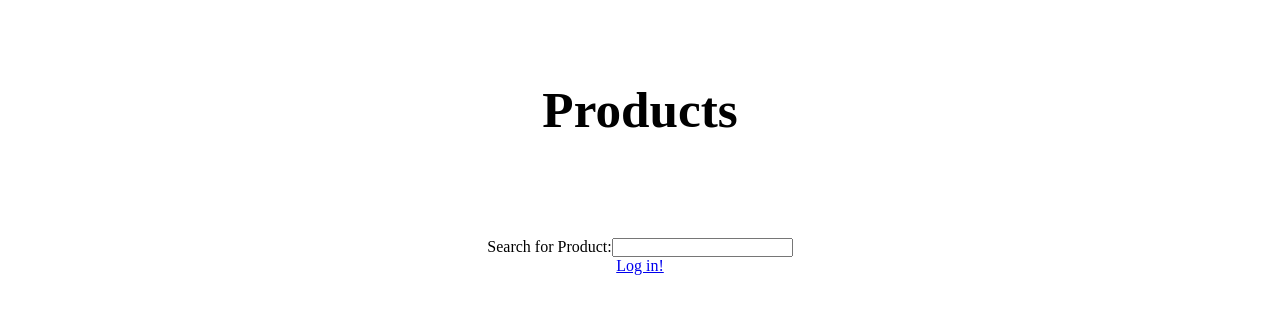
Repository: Andres513/CapStone
Page: /
An editor plug-in stored every save of this project. The page is shown before and after the next save, followed by the edit.
The browser window is 1280 px wide. The pictures show the whole page.
The page's requests for data from a server got no answer. The project was rebuilt for these pictures with package versions that can differ from the ones it lists, and the page was loaded fresh each time. No one was signed in, and anything a server would have sent is missing. Also part of the build but not shown: vite.config.js, src/components/Login.jsx, src/components/SingleProduct.jsx.

Above is the page before, as saved 2024-04-03 14:41:20.

After the next save:
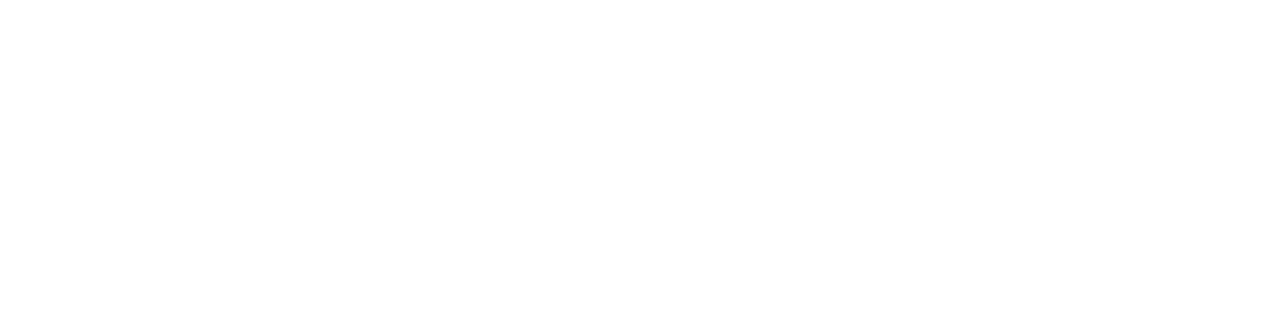
Console error: ReferenceError: price is not defined
Saved 3 min 19 s later.
--- a/src/components/FetchProducts.jsx
+++ b/src/components/FetchProducts.jsx
@@ -7,7 +7,7 @@
     const [ error, setError ] = useState(null)
     const [ products, setProducts ] = useState([])
     const [ category, setCategory ] = useState('')
-    const [ price, setPrice ] = useState('')
+    const [ prices, setPrices ] = useState('')
     const [ searched, setSearched ] = useState('')
     const [ filters, setFilters ] = useState({})
 
@@ -18,7 +18,7 @@
             const result = await response.json()
             setProducts(result)
             setCategory(result.category)
-            setPrice(result.price)
+            setPrices(result.price)
 
             } catch(error) {
                 setError(error.message)

After the save that followed:
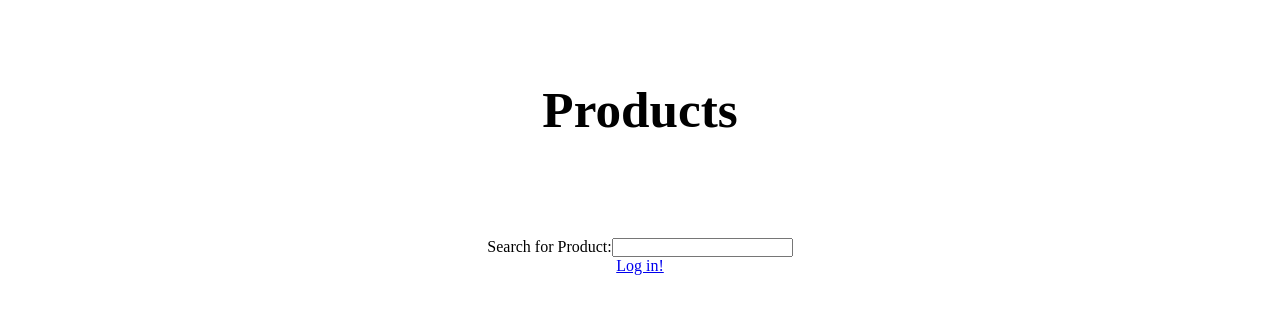
The error is gone.
Saved 11 s later.
--- a/src/components/FetchProducts.jsx
+++ b/src/components/FetchProducts.jsx
@@ -39,7 +39,7 @@
             <label className="search-bar">Search for Product:
                 <input type="text" value={searched} onChange={(e) => setSearched(e.target.value)}/>
             </label><br/>
-            <Filter products={products} category={category} price={price}/>
+            <Filter products={products} category={category} prices={prices}/>
         <Link to="/login" element={<Login />}>Log in!</Link>
         <div className="items-container">
     {searchedProduct.map((product) => (
